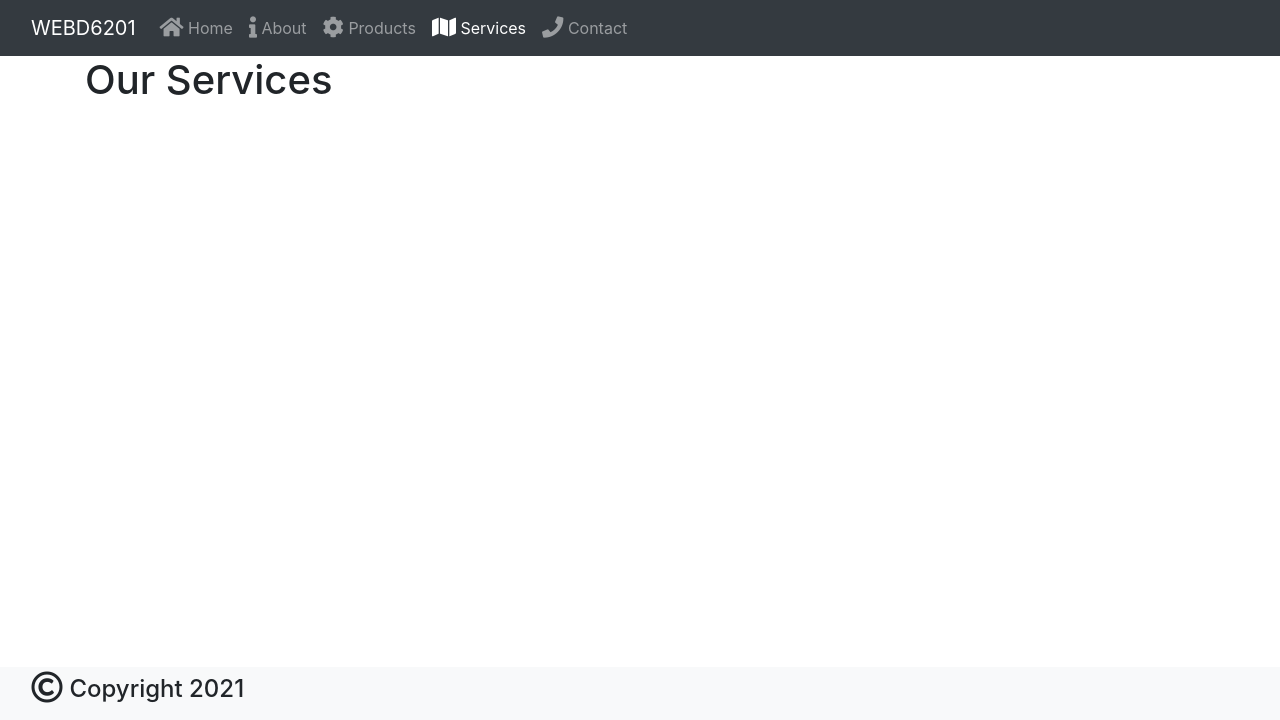
Repository: aaron33aaron/WEBD6201-W2021
Page: services.html
An editor plug-in stored every save of this project. The page is shown before and after the next save, followed by the edit.
The browser window is 1280 px wide. The pictures show the whole page.

Above is the page before, as saved 2021-01-22 20:11:14.
Console error: TypeError: Cannot set properties of null (setting 'textContent')

### services.html
<!-- Name: Aaron LeBlanc
     Date: 2020/01/20
     File name: services.html
     Description: This is the services page for the website
-->
<!DOCTYPE html>
<html lang="en">
<head>
    <meta charset="UTF-8">
    <meta name="viewport" content="width=device-width, initial-scale=1.0">
    <title>Services</title>
    <!-- CSS Section -->

    <link rel="stylesheet" href="./node_modules/bootstrap/dist/css/bootstrap.min.css">
    <link rel="stylesheet" href="./node_modules/@fortawesome//fontawesome-free/css/all.min.css">
    <link rel="stylesheet" href="./Content/app.css">
</head>
<body>

    <!-- Main Navigation -->
    <header>
        <nav class="navbar navbar-expand-lg navbar-dark bg-dark justify-content-end">
            <div class="container-fluid">
              <a class="navbar-brand" href="index.html">WEBD6201</a>
              <button class="navbar-toggler" type="button" data-bs-toggle="collapse" data-bs-target="#navbarSupportedContent" aria-controls="navbarSupportedContent" aria-expanded="false" aria-label="Toggle navigation">
                <span class="navbar-toggler-icon"></span>
              </button>
              <div class="collapse navbar-collapse" id="navbarSupportedContent">

                <ul class="navbar-nav">

                  <li class="nav-item">
                    <a id="home" class="nav-link" aria-current="page" href="index.html"><i class="fas fa-home fa-lg"></i> Home</a>
                  </li>

                  <li class="nav-item">
                    <a id="about" class="nav-link" href="about.html"><i class="fas fa-info fa-lg"></i> About</a>
                  </li>

                  <li class="nav-item">
                    <a id="products" class="nav-link" href="products.html"><i class="fas fa-cog fa-lg"></i> Products</a>
                  </li>

                  <li class="nav-item">
                    <a id="services" class="nav-link active" href="services.html"><i class="fas fa-map fa-lg"></i> Services</a>
                  </li>

                  <li class="nav-item">
                    <a id="contact" class="nav-link" href="contact.html"><i class="fas fa-phone fa-lg"></i> Contact</a>
                  </li>

                </ul>
              </div>
            </div>
          </nav>
    </header>

    <main class="container">
        <h1>Our Services</h1>
    </main>

    <footer>
        <nav class="navbar fixed-bottom navbar-light bg-light">
            <div class="container-fluid">
              <h4><i class="far fa-copyright fa-lg"></i> Copyright 2021</h4>
            </div>
          </nav>
    </footer>

    <!-- JavaScript Section -->
    <script src="./node_modules/jquery/dist/jquery.min.js"></script>
    <script src="./node_modules/bootstrap/dist/js/bootstrap.bundle.min.js"></script>
    <script src="./Scripts/app.js"></script>
</body>
</html>

### Content/app.css
/* Custom CSS goes here */

### Scripts/app.js
/* Custom scripts go here */

// IIFE - Immediately Invoked Function Expression
// AKA: Anonymous Self-Executing Function

(function(){

    "use strict";

    // initialization function
    function Start()
    {
        console.log("App Started...");

        let paragraphOneContent = "This is my first paragraph";

        //selection examples
        let paragraphOne = document.getElementById("paragraphOne");
        paragraphOne.textContent = paragraphOneContent;

        let paragraphOneContentElements = document.getElementsByTagName("p")[0];
        console.log(paragraphOneContentElements);

        let paragraphQuery = document.querySelector("p");
        console.log(paragraphQuery);

        let paragraphOneQuery = document.querySelectorAll("p")[0];

        // HOW TO INSERT OR ADD BRAND NEW ELEMENT DYNAMICALLY RATHER THAN MANUALLY

        // STEP 1 - CREATE NEW ELEMENT
        let paragraphTwo = document.createElement("p");
        // STEP 2 - CONFIGURE THE NEW ELEMENT
        paragraphTwo.setAttribute("id", "paragraphTwoID");
        paragraphTwo.textContent = "This is my second paragraph";
        paragraphTwo.className = "fs-4 fw-bold";
        // STEP 3 - TARGET THE PARENT ELEMENT
        let mainContent = document.querySelectorAll("main");

        // STEP 4 - APPEND NEW ELEMENT TO THE PARENT
        //mainContent.appendChild(paragraphTwo);

        let newDivtag = document.createElement("div");
        newDivTag.innerHTML = `<h2> this is my second heading </h2>
        <p id="paragraphThree"> This is the third paragraph </p>`;

        //mainContent.append(newDivTag);

        paragraphOne.after(newDivTag)

    }


    // event listener
    window.addEventListener("load", Start);
})();

Loaded but not shown: node_modules/bootstrap/dist/css/bootstrap.min.css (library); node_modules/@fortawesome/fontawesome-free/css/all.min.css (library); node_modules/jquery/dist/jquery.min.js (library); node_modules/bootstrap/dist/js/bootstrap.bundle.min.js (library)

After the next save:
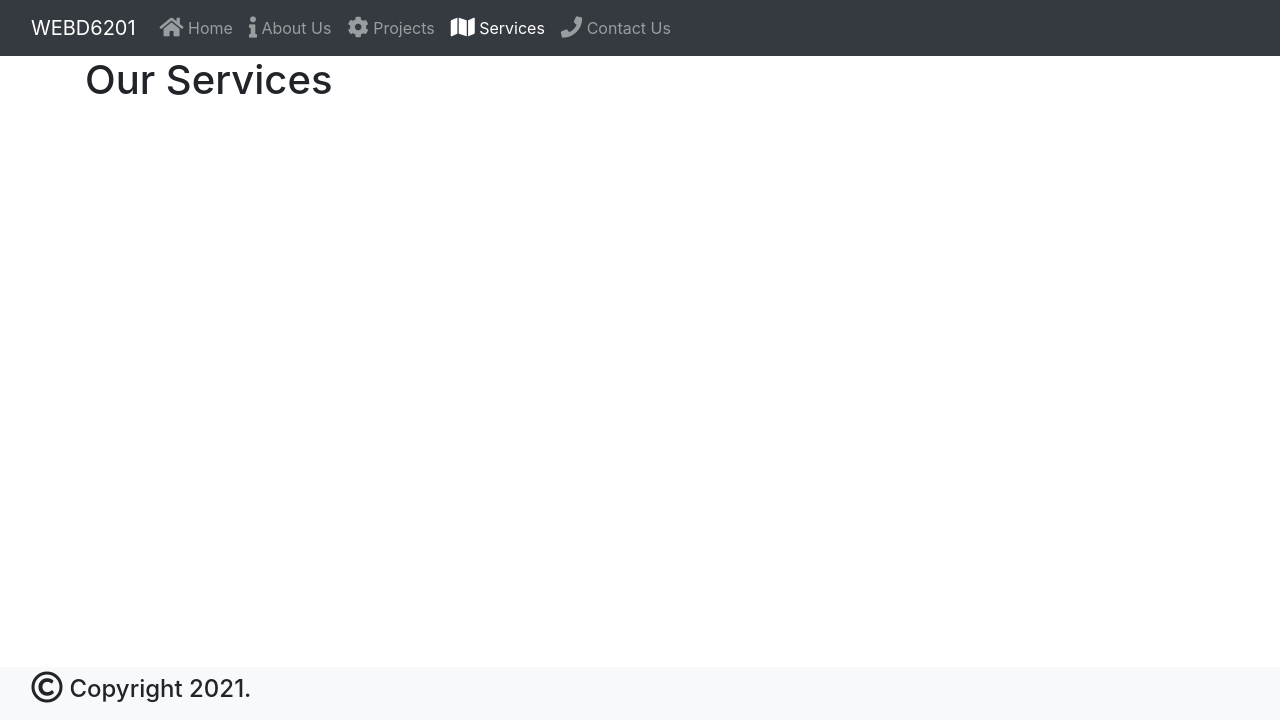
Saved 22 s later.
--- a/services.html
+++ b/services.html
@@ -10,64 +10,62 @@
     <meta name="viewport" content="width=device-width, initial-scale=1.0">
     <title>Services</title>
     <!-- CSS Section -->
-
     <link rel="stylesheet" href="./node_modules/bootstrap/dist/css/bootstrap.min.css">
-    <link rel="stylesheet" href="./node_modules/@fortawesome//fontawesome-free/css/all.min.css">
+    <link rel="stylesheet" href="./node_modules/@fortawesome/fontawesome-free/css/all.min.css">
     <link rel="stylesheet" href="./Content/app.css">
 </head>
 <body>
-
-    <!-- Main Navigation -->
+    <!-- Main Header -->
     <header>
-        <nav class="navbar navbar-expand-lg navbar-dark bg-dark justify-content-end">
+        <!-- Main Navigation -->
+        <nav class="navbar navbar-expand-lg navbar-dark bg-dark">
             <div class="container-fluid">
               <a class="navbar-brand" href="index.html">WEBD6201</a>
               <button class="navbar-toggler" type="button" data-bs-toggle="collapse" data-bs-target="#navbarSupportedContent" aria-controls="navbarSupportedContent" aria-expanded="false" aria-label="Toggle navigation">
                 <span class="navbar-toggler-icon"></span>
               </button>
               <div class="collapse navbar-collapse" id="navbarSupportedContent">
-
-                <ul class="navbar-nav">
-
+                <ul class="navbar-nav me-auto mb-2 mb-lg-0">
                   <li class="nav-item">
-                    <a id="home" class="nav-link" aria-current="page" href="index.html"><i class="fas fa-home fa-lg"></i> Home</a>
+                    <a class="nav-link" aria-current="page" href="index.html"><i class="fas fa-home fa-lg"></i> Home</a>
                   </li>
 
                   <li class="nav-item">
-                    <a id="about" class="nav-link" href="about.html"><i class="fas fa-info fa-lg"></i> About</a>
+                    <a class="nav-link" aria-current="page" href="about.html"><i class="fas fa-info fa-lg"></i> About Us</a>
                   </li>
 
                   <li class="nav-item">
-                    <a id="products" class="nav-link" href="products.html"><i class="fas fa-cog fa-lg"></i> Products</a>
+                    <a class="nav-link" aria-current="page" href="projects.html"><i class="fas fa-cog fa-lg"></i> Projects</a>
                   </li>
 
                   <li class="nav-item">
-                    <a id="services" class="nav-link active" href="services.html"><i class="fas fa-map fa-lg"></i> Services</a>
+                    <a class="nav-link active" aria-current="page" href="services.html"><i class="fas fa-map fa-lg"></i> Services</a>
                   </li>
 
                   <li class="nav-item">
-                    <a id="contact" class="nav-link" href="contact.html"><i class="fas fa-phone fa-lg"></i> Contact</a>
+                    <a class="nav-link" aria-current="page" href="contact.html"><i class="fas fa-phone fa-lg"></i> Contact Us</a>
                   </li>
-
                 </ul>
               </div>
             </div>
           </nav>
     </header>
 
+    <!-- Main Content -->
     <main class="container">
         <h1>Our Services</h1>
     </main>
 
+    <!-- Main Footer -->
     <footer>
         <nav class="navbar fixed-bottom navbar-light bg-light">
             <div class="container-fluid">
-              <h4><i class="far fa-copyright fa-lg"></i> Copyright 2021</h4>
+              <h4><i class="far fa-copyright fa-lg"></i> Copyright 2021.</h4>
             </div>
           </nav>
     </footer>
 
-    <!-- JavaScript Section -->
+    <!-- Script Section-->
     <script src="./node_modules/jquery/dist/jquery.min.js"></script>
     <script src="./node_modules/bootstrap/dist/js/bootstrap.bundle.min.js"></script>
     <script src="./Scripts/app.js"></script>
